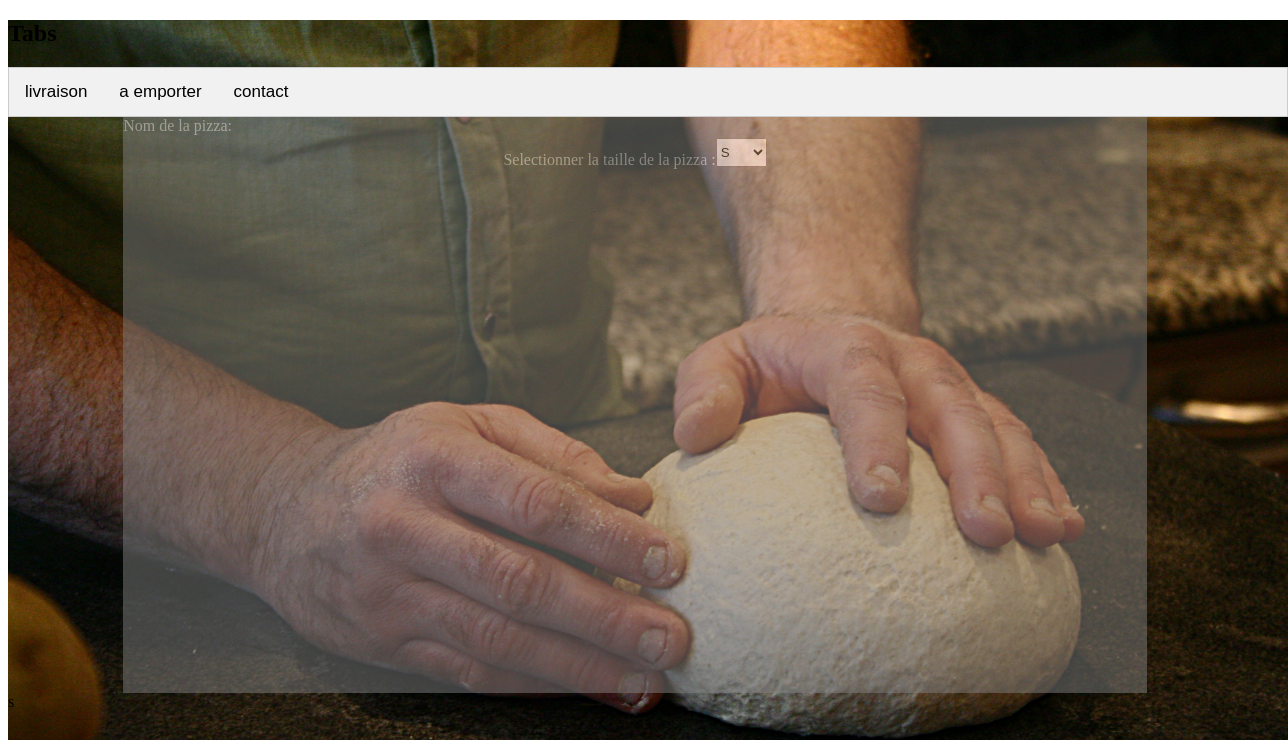
Repository: dev84-unalien/pippo_pizza
Page: admin.html
The author's editor kept a copy of each file at every save. The page is drawn from the files as they stood at one save, then again after the next save.
The browser window is 1280 px wide. The page is 1288 px wide, so the pictures cover 1288 px, including what lies to the right of the window. The pictures show the whole page.

Above is the page before, as saved 2019-09-10 11:12:49.

After the next save:
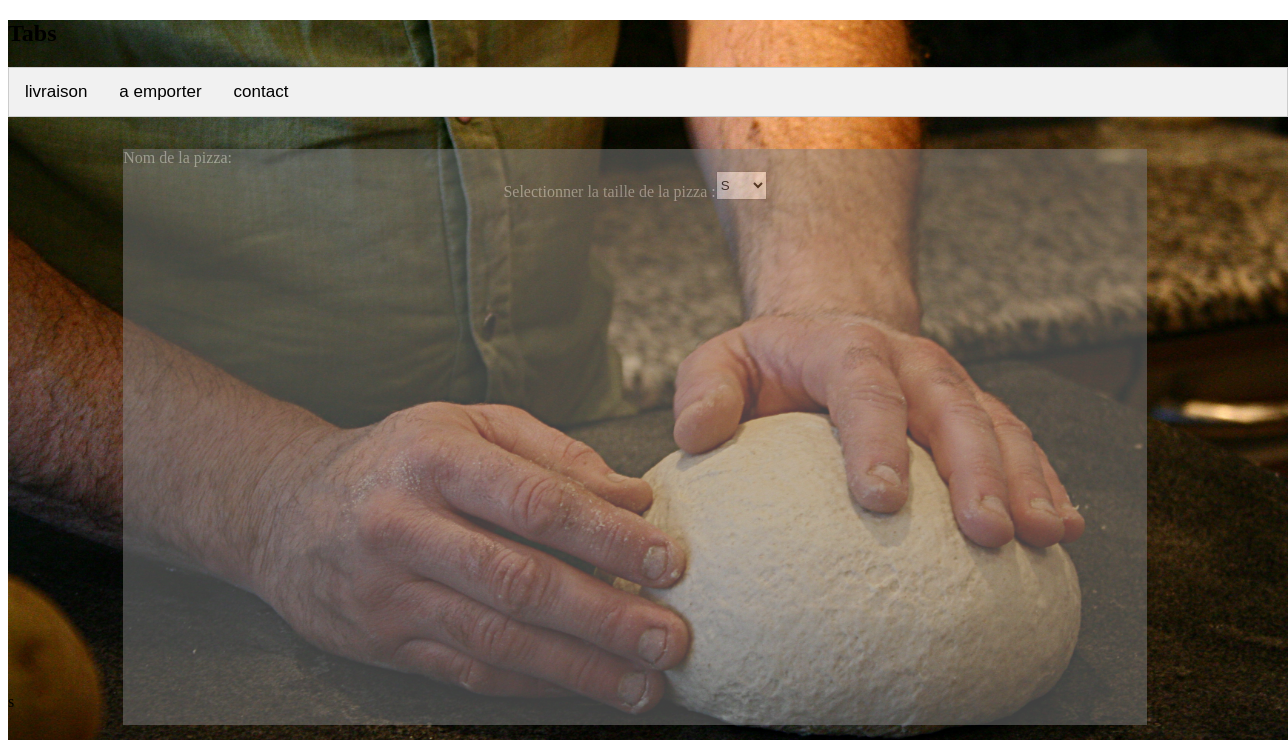
Saved 19 s later.
--- a/admin.css
+++ b/admin.css
@@ -23,6 +23,7 @@
   background-color: grey;
   opacity: 0.5;
   margin-left: 9vw;
+  margin-top:9vh;
 }
 #Nom {
   color: white;
